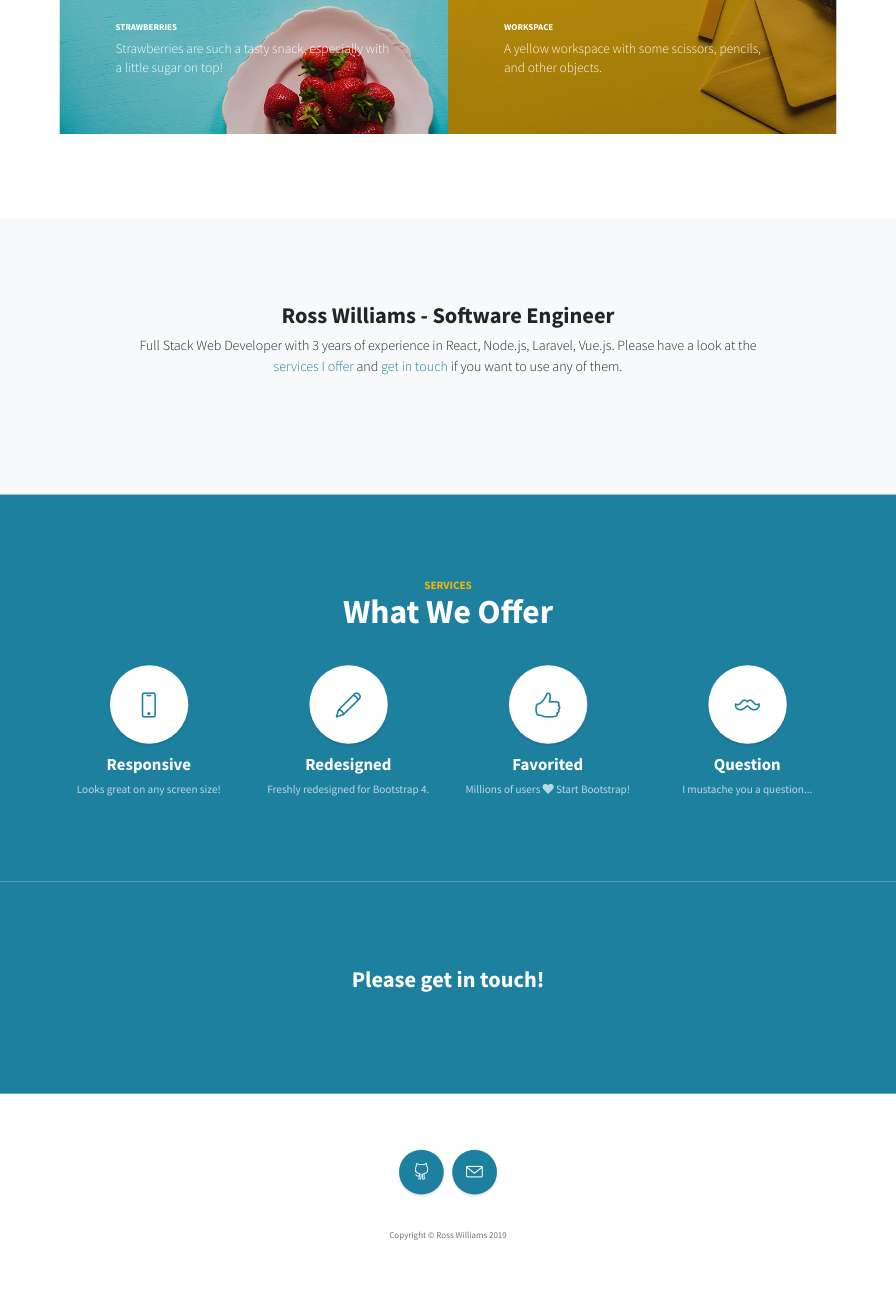
Repository: Williams94/Williams94.github.io
Page: index.html
These files come from the project's save history. The page is drawn as it stood at one moment and after the next save; the edit follows.
The browser window is 1280 px wide. The pictures show the part of the page from y = 1568 to 3488 px (the page is 3422 px tall before and 3488 px after), at 70% of full size.
A picture or video elsewhere on the page could not be fetched, so the positions and the page height are approximate.

Above is the page before, as saved 2019-07-06 13:56:07.

### index.html
<!DOCTYPE html>
<html lang="en">

<head>

  <meta charset="utf-8">
  <meta name="viewport" content="width=device-width, initial-scale=1, shrink-to-fit=no">
  <meta name="description" content="">
  <meta name="author" content="">

  <title>Stylish Portfolio - Start Bootstrap Template</title>

  <!-- Bootstrap Core CSS -->
  <link href="vendor/bootstrap/css/bootstrap.min.css" rel="stylesheet">

  <!-- Custom Fonts -->
  <link href="vendor/fontawesome-free/css/all.min.css" rel="stylesheet" type="text/css">
  <link href="https://fonts.googleapis.com/css?family=Source+Sans+Pro:300,400,700,300italic,400italic,700italic"
    rel="stylesheet" type="text/css">
  <link href="vendor/simple-line-icons/css/simple-line-icons.css" rel="stylesheet">

  <!-- Custom CSS -->
  <link href="css/stylish-portfolio.css" rel="stylesheet">
  <link href="css/custom.css" rel="stylesheet">
  <!-- <link href="css/new-age.min.css" rel="stylesheet"> -->

</head>

<body id="page-top">

  <!-- Navigation -->
  <nav class="navbar navbar-expand-lg navbar-light fixed-top" id="mainNav">
    <div class="container">
      <a class="navbar-brand js-scroll-trigger" href="#page-top">Ross Williams</a>
      <button class="navbar-toggler navbar-toggler-right" type="button" data-toggle="collapse"
        data-target="#navbarResponsive" aria-controls="navbarResponsive" aria-expanded="false"
        aria-label="Toggle navigation">
        Menu
        <i class="fas fa-bars"></i>
      </button>
      <div class="collapse navbar-collapse" id="navbarResponsive">
        <ul class="navbar-nav ml-auto">
          <li class="nav-item">
            <a class="nav-link js-scroll-trigger" href="#about">About</a>
          </li>
          <li class="nav-item">
            <a class="nav-link js-scroll-trigger" href="#portfolio">Portfolio</a>
          </li>
          <li class="nav-item">
            <a class="nav-link js-scroll-trigger" href="#services">Services</a>
          </li>
          <li class="nav-item">
            <a class="nav-link js-scroll-trigger" href="#contact">Contact</a>
          </li>
        </ul>
      </div>
    </div>
  </nav>

  <!-- Header -->
  <header class="masthead">
    <div class="container h-100">
      <div class="row h-100">
        <div class="col-lg-7 my-auto">
          <div class="header-content mx-auto">
            <h1 class="mb-5">Welcome, please take a look at my previous projects and the services I offer.</h1>
          </div>
        </div>
        <div class="col-lg-5 my-auto">
          <div class="device-container">
            <div class="device-mockup iphone6_plus portrait white">
              <div class="device">
                <div class="screen">
                  <!-- Demo image for screen mockup, you can put an image here, some HTML, an animation, video, or anything else! -->
                  <img src="img/demo-screen-1.jpg" class="img-fluid" alt="">
                </div>
                <div class="button">
                  <!-- You can hook the "home button" to some JavaScript events or just remove it -->
                </div>
              </div>
            </div>
          </div>
        </div>
      </div>
    </div>
  </header>

  <!-- Portfolio -->
  <section class="content-section" id="portfolio">
    <div class="container">
      <div class="content-section-heading text-center">
        <h3 class="text-secondary mb-0">Portfolio</h3>
        <h2 class="mb-5">Recent Projects</h2>
      </div>
      <div class="row no-gutters">
        <div class="col-lg-6">
          <a class="portfolio-item" href="#">
            <span class="caption">
              <span class="caption-content">
                <h2>Stationary</h2>
                <p class="mb-0">A yellow pencil with envelopes on a clean, blue backdrop!</p>
              </span>
            </span>
            <img class="img-fluid" src="img/portfolio-1.jpg" alt="">
          </a>
        </div>
        <div class="col-lg-6">
          <a class="portfolio-item" href="#">
            <span class="caption">
              <span class="caption-content">
                <h2>Ice Cream</h2>
                <p class="mb-0">A dark blue background with a colored pencil, a clip, and a tiny ice cream cone!</p>
              </span>
            </span>
            <img class="img-fluid" src="img/portfolio-2.jpg" alt="">
          </a>
        </div>
        <div class="col-lg-6">
          <a class="portfolio-item" href="#">
            <span class="caption">
              <span class="caption-content">
                <h2>Strawberries</h2>
                <p class="mb-0">Strawberries are such a tasty snack, especially with a little sugar on top!</p>
              </span>
            </span>
            <img class="img-fluid" src="img/portfolio-3.jpg" alt="">
          </a>
        </div>
        <div class="col-lg-6">
          <a class="portfolio-item" href="#">
            <span class="caption">
              <span class="caption-content">
                <h2>Workspace</h2>
                <p class="mb-0">A yellow workspace with some scissors, pencils, and other objects.</p>
              </span>
            </span>
            <img class="img-fluid" src="img/portfolio-4.jpg" alt="">
          </a>
        </div>
      </div>
    </div>
  </section>

  <!-- About -->
  <section class="content-section bg-light" id="about">
    <div class="container text-center">
      <div class="row">
        <div class="col-lg-10 mx-auto">
          <h2>Ross Williams - Software Engineer</h2>
          <p class="lead mb-5">Full Stack Web Developer with 3 years of experience in React, Node.js, Laravel, Vue.js.
            Please have a look at the <a href="#services">services I offer</a> and <a href="#contact">get in touch</a>
            if you want to use any of them.
          </p>
        </div>
      </div>
    </div>
  </section>

  <!-- Services -->
  <section class="content-section bg-primary text-white text-center" id="services">
    <div class="container">
      <div class="content-section-heading">
        <h3 class="text-secondary mb-0">Services</h3>
        <h2 class="mb-5">What We Offer</h2>
      </div>
      <div class="row">
        <div class="col-lg-3 col-md-6 mb-5 mb-lg-0">
          <span class="service-icon rounded-circle mx-auto mb-3">
            <i class="icon-screen-smartphone"></i>
          </span>
          <h4>
            <strong>Responsive</strong>
          </h4>
          <p class="text-faded mb-0">Looks great on any screen size!</p>
        </div>
        <div class="col-lg-3 col-md-6 mb-5 mb-lg-0">
          <span class="service-icon rounded-circle mx-auto mb-3">
            <i class="icon-pencil"></i>
          </span>
          <h4>
            <strong>Redesigned</strong>
          </h4>
          <p class="text-faded mb-0">Freshly redesigned for Bootstrap 4.</p>
        </div>
        <div class="col-lg-3 col-md-6 mb-5 mb-md-0">
          <span class="service-icon rounded-circle mx-auto mb-3">
            <i class="icon-like"></i>
          </span>
          <h4>
            <strong>Favorited</strong>
          </h4>
          <p class="text-faded mb-0">Millions of users
            <i class="fas fa-heart"></i>
            Start Bootstrap!</p>
        </div>
        <div class="col-lg-3 col-md-6">
          <span class="service-icon rounded-circle mx-auto mb-3">
            <i class="icon-mustache"></i>
          </span>
          <h4>
            <strong>Question</strong>
          </h4>
          <p class="text-faded mb-0">I mustache you a question...</p>
        </div>
      </div>
    </div>
  </section>

  <!-- Call to Action -->
  <section class="content-section bg-primary text-white">
    <div class="container text-center">
      <h2 class="mb-4">Please get in touch!</h2>
    </div>
  </section>

  <!-- Map -->
  <!-- <section id="contact" class="map">
    <iframe width="100%" height="100%" frameborder="0" scrolling="no" marginheight="0" marginwidth="0"
      src="https://maps.google.com/maps?f=q&amp;source=s_q&amp;hl=en&amp;geocode=&amp;q=Twitter,+Inc.,+Market+Street,+San+Francisco,+CA&amp;aq=0&amp;oq=twitter&amp;sll=28.659344,-81.187888&amp;sspn=0.128789,0.264187&amp;ie=UTF8&amp;hq=Twitter,+Inc.,+Market+Street,+San+Francisco,+CA&amp;t=m&amp;z=15&amp;iwloc=A&amp;output=embed"></iframe>
    <br />
    <small>
      <a
        href="https://maps.google.com/maps?f=q&amp;source=embed&amp;hl=en&amp;geocode=&amp;q=Twitter,+Inc.,+Market+Street,+San+Francisco,+CA&amp;aq=0&amp;oq=twitter&amp;sll=28.659344,-81.187888&amp;sspn=0.128789,0.264187&amp;ie=UTF8&amp;hq=Twitter,+Inc.,+Market+Street,+San+Francisco,+CA&amp;t=m&amp;z=15&amp;iwloc=A"></a>
    </small>
  </section> -->

  <!-- Footer -->
  <footer class="footer text-center">
    <div class="container">
      <ul class="list-inline mb-5">
        <li class="list-inline-item">
          <a class="social-link rounded-circle text-white" href="https://github.com/Williams94">
            <i class="icon-social-github"></i>
          </a>
        </li>
        <li class="list-inline-item">
            <a class="social-link rounded-circle text-white" href="mailto:r.b.williams94@gmail.com">
              <i class="icon-envelope"></i>
            </a>
          </li>
      </ul>
      <p class="text-muted small mb-0">Copyright &copy; Ross Williams 2019</p>
    </div>
  </footer>

  <!-- Scroll to Top Button-->
  <a class="scroll-to-top rounded js-scroll-trigger" href="#page-top">
    <i class="fas fa-angle-up"></i>
  </a>

  <!-- Bootstrap core JavaScript -->
  <script src="vendor/jquery/jquery.min.js"></script>
  <script src="vendor/bootstrap/js/bootstrap.bundle.min.js"></script>

  <!-- Plugin JavaScript -->
  <script src="vendor/jquery-easing/jquery.easing.min.js"></script>

  <!-- Custom scripts for this template -->
  <script src="js/stylish-portfolio.min.js"></script>

</body>

</html>

### css/stylish-portfolio.css
/*!
 * Start Bootstrap - Stylish Portfolio v5.0.6 (https://startbootstrap.com/template-overviews/stylish-portfolio)
 * Copyright 2013-2019 Start Bootstrap
 * Licensed under MIT (https://github.com/BlackrockDigital/startbootstrap-stylish-portfolio/blob/master/LICENSE)
 */

body,
html {
  width: 100%;
  height: 100%;
}

body {
  font-family: "Source Sans Pro";
}

.btn-xl {
  padding: 1.25rem 2.5rem;
}

.content-section {
  padding-top: 7.5rem;
  padding-bottom: 7.5rem;
}

.content-section-heading h2 {
  font-size: 3rem;
}

.content-section-heading h3 {
  font-size: 1rem;
  text-transform: uppercase;
}

h1,
h2,
h3,
h4,
h5,
h6 {
  font-weight: 700;
}

.text-faded {
  color: rgba(255, 255, 255, 0.7);
}

/* Map */
.map {
  height: 30rem;
}

@media (max-width: 992px) {
  .map {
    height: 75%;
  }
}

.map iframe {
  pointer-events: none;
}

.scroll-to-top {
  position: fixed;
  right: 15px;
  bottom: 15px;
  display: none;
  width: 50px;
  height: 50px;
  text-align: center;
  color: white;
  background: rgba(52, 58, 64, 0.5);
  line-height: 45px;
}

.scroll-to-top:focus,
.scroll-to-top:hover {
  color: white;
}

.scroll-to-top:hover {
  background: #343a40;
}

.scroll-to-top i {
  font-weight: 800;
}

.masthead {
  min-height: 30rem;
  position: relative;
  display: table;
  width: 100%;
  height: auto;
  padding-top: 8rem;
  padding-bottom: 8rem;
  background: -webkit-gradient(
      linear,
      left top,
      right top,
      from(rgba(255, 255, 255, 0.1)),
      to(rgba(255, 255, 255, 0.1))
    ),
    url("../img/bg-masthead.jpg");
  background: linear-gradient(
      90deg,
      rgba(255, 255, 255, 0.1) 0%,
      rgba(255, 255, 255, 0.1) 100%
    ),
    url("../img/bg-masthead.jpg");
  background-position: center center;
  background-repeat: no-repeat;
  background-size: cover;
}

.masthead h1 {
  font-size: 4rem;
  margin: 0;
  padding: 0;
}

@media (min-width: 992px) {
  .masthead {
    height: 100vh;
  }
  .masthead h1 {
    font-size: 5.5rem;
  }
}

/* Side Menu */
#sidebar-wrapper {
  position: fixed;
  z-index: 2;
  right: 0;
  width: 250px;
  height: 100%;
  -webkit-transition: all 0.4s ease 0s;
  transition: all 0.4s ease 0s;
  -webkit-transform: translateX(250px);
  transform: translateX(250px);
  background: #1d809f;
  border-left: 1px solid rgba(255, 255, 255, 0.1);
}

.sidebar-nav {
  position: absolute;
  top: 0;
  width: 250px;
  margin: 0;
  padding: 0;
  list-style: none;
}

.sidebar-nav li.sidebar-nav-item a {
  display: block;
  text-decoration: none;
  color: #fff;
  padding: 15px;
}

.sidebar-nav li a:hover {
  text-decoration: none;
  color: #fff;
  background: rgba(255, 255, 255, 0.2);
}

.sidebar-nav li a:active,
.sidebar-nav li a:focus {
  text-decoration: none;
}

.sidebar-nav > .sidebar-brand {
  font-size: 1.2rem;
  background: rgba(52, 58, 64, 0.1);
  height: 80px;
  line-height: 50px;
  padding-top: 15px;
  padding-bottom: 15px;
  padding-left: 15px;
}

.sidebar-nav > .sidebar-brand a {
  color: #fff;
}

.sidebar-nav > .sidebar-brand a:hover {
  color: #fff;
  background: none;
}

#sidebar-wrapper.active {
  right: 250px;
  width: 250px;
  -webkit-transition: all 0.4s ease 0s;
  transition: all 0.4s ease 0s;
}

.menu-toggle {
  position: fixed;
  right: 15px;
  top: 15px;
  width: 50px;
  height: 50px;
  text-align: center;
  color: #fff;
  background: rgba(52, 58, 64, 0.5);
  line-height: 50px;
  z-index: 999;
}

.menu-toggle:focus,
.menu-toggle:hover {
  color: #fff;
}

.menu-toggle:hover {
  background: #343a40;
}

.service-icon {
  background-color: #fff;
  color: #1d809f;
  height: 7rem;
  width: 7rem;
  display: block;
  line-height: 7.5rem;
  font-size: 2.25rem;
  -webkit-box-shadow: 0 3px 3px 0 rgba(0, 0, 0, 0.1);
  box-shadow: 0 3px 3px 0 rgba(0, 0, 0, 0.1);
}

.callout {
  padding: 15rem 0;
  background: -webkit-gradient(
      linear,
      left top,
      right top,
      from(rgba(255, 255, 255, 0.1)),
      to(rgba(255, 255, 255, 0.1))
    ),
    url("../img/bg-callout.jpg");
  background: linear-gradient(
      90deg,
      rgba(255, 255, 255, 0.1) 0%,
      rgba(255, 255, 255, 0.1) 100%
    ),
    url("../img/bg-callout.jpg");
  background-position: center center;
  background-repeat: no-repeat;
  background-size: cover;
}

.callout h2 {
  font-size: 3.5rem;
  font-weight: 700;
  display: block;
  max-width: 30rem;
}

.portfolio-item {
  display: block;
  position: relative;
  overflow: hidden;
  max-width: 530px;
  margin: auto auto 1rem;
}

.portfolio-item .caption {
  display: -webkit-box;
  display: -ms-flexbox;
  display: flex;
  height: 100%;
  width: 100%;
  background-color: rgba(33, 37, 41, 0.2);
  position: absolute;
  top: 0;
  bottom: 0;
  z-index: 1;
}

.portfolio-item .caption .caption-content {
  color: #fff;
  margin: auto 2rem 2rem;
}

.portfolio-item .caption .caption-content h2 {
  font-size: 0.8rem;
  text-transform: uppercase;
}

.portfolio-item .caption .caption-content p {
  font-weight: 300;
  font-size: 1.2rem;
}

@media (min-width: 992px) {
  .portfolio-item {
    max-width: none;
    margin: 0;
  }
  .portfolio-item .caption {
    -webkit-transition: -webkit-clip-path 0.25s ease-out, background-color 0.7s;
    -webkit-clip-path: inset(0px);
    clip-path: inset(0px);
  }
  .portfolio-item .caption .caption-content {
    -webkit-transition: opacity 0.25s;
    transition: opacity 0.25s;
    margin-left: 5rem;
    margin-right: 5rem;
    margin-bottom: 5rem;
  }
  .portfolio-item img {
    -webkit-transition: -webkit-clip-path 0.25s ease-out;
    -webkit-clip-path: inset(-1px);
    clip-path: inset(-1px);
  }
  .portfolio-item:hover img {
    -webkit-clip-path: inset(2rem);
    clip-path: inset(2rem);
  }
  .portfolio-item:hover .caption {
    background-color: rgba(29, 128, 159, 0.9);
    -webkit-clip-path: inset(2rem);
    clip-path: inset(2rem);
  }
}

footer.footer {
  padding-top: 5rem;
  padding-bottom: 5rem;
}

footer.footer .social-link {
  display: block;
  height: 4rem;
  width: 4rem;
  line-height: 4.3rem;
  font-size: 1.5rem;
  background-color: #1d809f;
  -webkit-transition: background-color 0.15s ease-in-out;
  transition: background-color 0.15s ease-in-out;
  -webkit-box-shadow: 0 3px 3px 0 rgba(0, 0, 0, 0.1);
  box-shadow: 0 3px 3px 0 rgba(0, 0, 0, 0.1);
}

footer.footer .social-link:hover {
  background-color: #155d74;
  text-decoration: none;
}

a {
  color: #1d809f;
}

a:hover,
a:focus,
a:active {
  color: #155d74;
}

.btn-primary {
  background-color: #1d809f !important;
  border-color: #1d809f !important;
  color: #fff !important;
}

.btn-primary:hover,
.btn-primary:focus,
.btn-primary:active {
  background-color: #155d74 !important;
  border-color: #155d74 !important;
}

.btn-secondary {
  background-color: #ecb807 !important;
  border-color: #ecb807 !important;
  color: #fff !important;
}

.btn-secondary:hover,
.btn-secondary:focus,
.btn-secondary:active {
  background-color: #ba9106 !important;
  border-color: #ba9106 !important;
}

.btn-dark {
  color: #fff !important;
}

.btn {
  -webkit-box-shadow: 0px 3px 3px 0px rgba(0, 0, 0, 0.1);
  box-shadow: 0px 3px 3px 0px rgba(0, 0, 0, 0.1);
  font-weight: 700;
}

.bg-primary {
  background-color: #1d809f !important;
}

.text-primary {
  color: #1d809f !important;
}

.text-secondary {
  color: #ecb807 !important;
}

#mainNav {
  border-color: rgba(34, 34, 34, 0.05);
  background-color: white;
  -webkit-transition: all 0.35s;
  transition: all 0.35s;
  font-family: "Catamaran", "Helvetica", "Arial", "sans-serif";
  font-weight: 200;
  letter-spacing: 1px;
}

#mainNav .navbar-brand {
  color: #fdcc52;
  font-family: "Catamaran", "Helvetica", "Arial", "sans-serif";
  font-weight: 200;
  letter-spacing: 1px;
}

#mainNav .navbar-brand:hover,
#mainNav .navbar-brand:focus {
  color: #fcbd20;
}

#mainNav .navbar-toggler {
  font-size: 12px;
  padding: 8px 10px;
  color: #222222;
}

#mainNav .navbar-nav > li > a {
  font-size: 11px;
  font-family: "Lato", "Helvetica", "Arial", "sans-serif";
  letter-spacing: 2px;
  text-transform: uppercase;
}

#mainNav .navbar-nav > li > a.active {
  color: #fdcc52 !important;
  background-color: transparent;
}

#mainNav .navbar-nav > li > a.active:hover {
  background-color: transparent;
}

#mainNav .navbar-nav > li > a,
#mainNav .navbar-nav > li > a:focus {
  color: #222222;
}

#mainNav .navbar-nav > li > a:hover,
#mainNav .navbar-nav > li > a:focus:hover {
  color: #fdcc52;
}

@media (min-width: 992px) {
  #mainNav {
    border-color: transparent;
    background-color: transparent;
  }
  #mainNav .navbar-brand {
    color: fade(white, 70%);
  }
  #mainNav .navbar-brand:hover,
  #mainNav .navbar-brand:focus {
    color: white;
  }
  #mainNav .navbar-nav > li > a,
  #mainNav .navbar-nav > li > a:focus {
    color: rgba(255, 255, 255, 0.7);
  }
  #mainNav .navbar-nav > li > a:hover,
  #mainNav .navbar-nav > li > a:focus:hover {
    color: white;
  }
  #mainNav.navbar-shrink {
    border-color: rgba(34, 34, 34, 0.1);
    background-color: white;
  }
  #mainNav.navbar-shrink .navbar-brand {
    color: #222222;
  }
  #mainNav.navbar-shrink .navbar-brand:hover,
  #mainNav.navbar-shrink .navbar-brand:focus {
    color: #fdcc52;
  }
  #mainNav.navbar-shrink .navbar-nav > li > a,
  #mainNav.navbar-shrink .navbar-nav > li > a:focus {
    color: #222222;
  }
  #mainNav.navbar-shrink .navbar-nav > li > a:hover,
  #mainNav.navbar-shrink .navbar-nav > li > a:focus:hover {
    color: #fdcc52;
  }
}


header.masthead {
  position: relative;
  width: 100%;
  padding-top: 150px;
  padding-bottom: 100px;
  color: white;
  background: url("../img/bg-pattern.png"), #7b4397;
  background: url("../img/bg-pattern.png"), -webkit-gradient(linear, right top, left top, from(#7b4397), to(#dc2430));
  background: url("../img/bg-pattern.png"), linear-gradient(to left, #7b4397, #dc2430);
}

header.masthead .header-content {
  max-width: 500px;
  margin-bottom: 100px;
  text-align: center;
}

header.masthead .header-content h1 {
  font-size: 30px;
}

header.masthead .device-container {
  max-width: 325px;
  margin-right: auto;
  margin-left: auto;
}

header.masthead .device-container .screen img {
  border-radius: 3px;
}

@media (min-width: 992px) {
  header.masthead {
    height: 100vh;
    min-height: 775px;
    padding-top: 0;
    padding-bottom: 0;
  }
  header.masthead .header-content {
    margin-bottom: 0;
    text-align: left;
  }
  header.masthead .header-content h1 {
    font-size: 50px;
  }
  header.masthead .device-container {
    max-width: 325px;
  }
}

Loaded but not shown: vendor/bootstrap/css/bootstrap.min.css (library); vendor/fontawesome-free/css/all.min.css (library); vendor/simple-line-icons/css/simple-line-icons.css (library); vendor/jquery/jquery.min.js (library); vendor/bootstrap/js/bootstrap.bundle.min.js (library); vendor/jquery-easing/jquery.easing.min.js (common file); js/stylish-portfolio.min.js (common file); css/custom.css (no stored copy; drawn as an empty file)

After the next save:
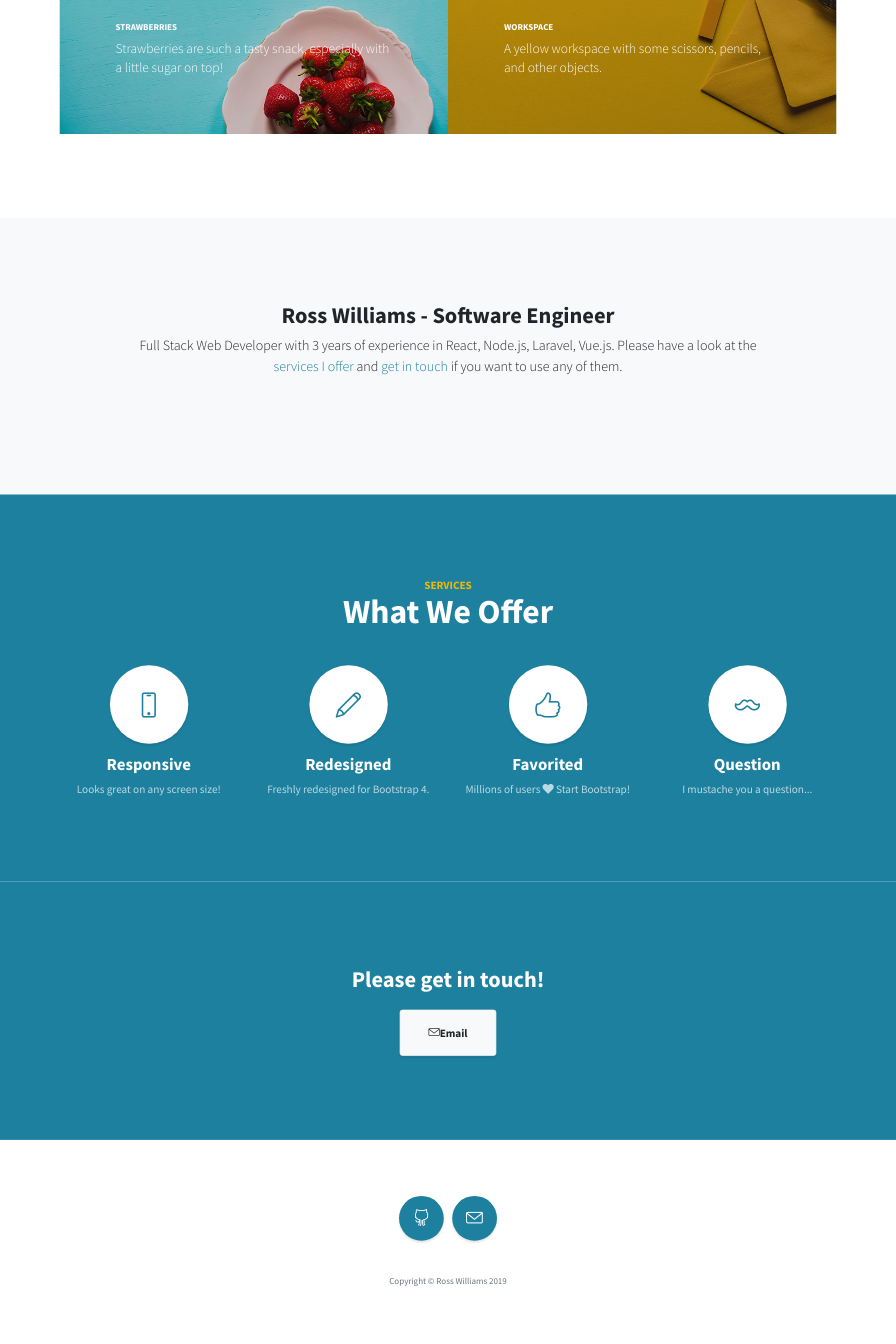
Saved 29 s later.
--- a/index.html
+++ b/index.html
@@ -210,6 +210,11 @@
   <section class="content-section bg-primary text-white">
     <div class="container text-center">
       <h2 class="mb-4">Please get in touch!</h2>
+      <a href="mailto:r.b.williams94@gmail.com" class="btn btn-xl btn-light">
+        <div class="email-me-button-container">
+          <i class="icon-envelope"></i>Email
+        </div>
+      </a>
     </div>
   </section>
 
